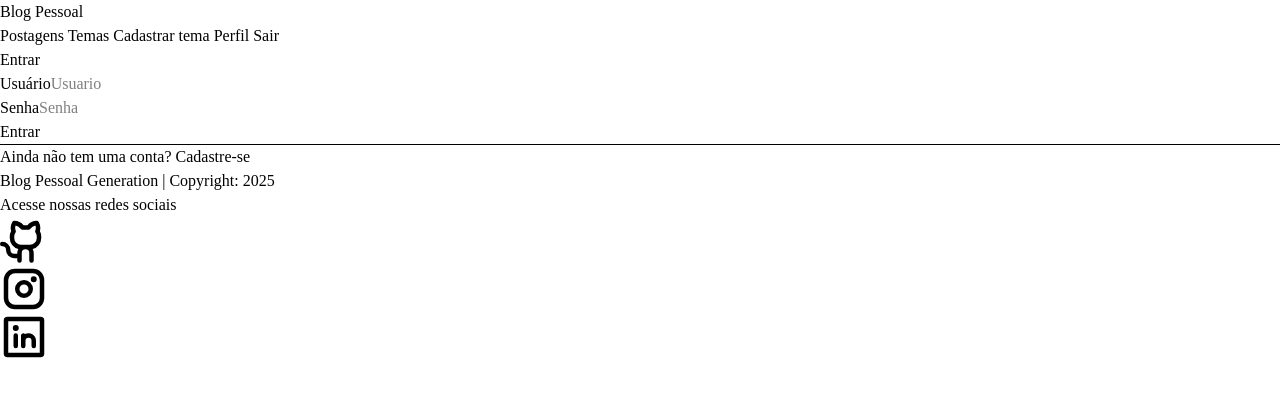
Repository: tauanesoares/blog
Page: /
These files come from the project's save history. The page is drawn as it stood at one moment and after a run of saves; the edit follows.
The browser window is 1280 px wide. The pictures show the whole page.
The project was rebuilt for these pictures with package versions that can differ from the ones it lists, and the page was loaded fresh each time. Also part of the build but not shown: vite.config.ts, src/pages/home/Home.tsx, src/pages/cadastro/Cadastro.tsx.

Above is the page before, as saved 2025-11-02 19:25:06.

### index.html
<!doctype html>
<html lang="pt-br">
  <head>
    <meta charset="UTF-8" />
    <link rel="icon" type="image/svg+xml" href="https://i.imgur.com/f4KMCRp.png" />
    <meta name="viewport" content="width=device-width, initial-scale=1.0" />
    <title>Projeto blogpessoal</title>
  </head>
  <body>
    <div id="root"></div>
    <script type="module" src="/src/main.tsx"></script>
  </body>
</html>

### src/App.tsx
import Home from "./pages/home/Home";
import Navbar from "./components/navbar/Navbar";
import Footer from "./components/footer/Footer";
import { BrowserRouter, Route, Routes } from "react-router-dom";
import Cadastro from "./pages/cadastro/Cadastro";
import Login from "./pages/login/Login";
import { AuthProvider } from "./contexts/AuthContext";

function App() {
  return (
    <>
    <AuthProvider>
    <BrowserRouter>
        <Navbar />
          <div className="min-h-[80vh]">
            <Routes>
              <Route path="/" element={<Login />} />
              <Route path="/home" element={<Home />} />
              <Route path="/cadastro" element={<Cadastro />} />
            </Routes>
          </div>
        <Footer />
    </BrowserRouter>
    </AuthProvider>
    </>
  );
}

export default App;

### src/components/navbar/Navbar.tsx
import {Link} from 'react-router-dom';

function Navbar() {


    return (
        <>
            <div className='w-full flex justify-center py-4
            			   bg-indigo-900 text-white'>

                <div className="container flex justify-between text-lg mx-8">
                    <Link to='/home' className="text-2xl font-bold">Blog Pessoal</Link>

                    <div className='flex gap-4'>
                        Postagens
                        Temas
                        Cadastrar tema
                        Perfil
                        Sair
                    </div>
                </div>
            </div>
        </>
    )
}

export default Navbar

### src/components/footer/Footer.tsx
import { InstagramLogoIcon, GithubLogoIcon, LinkedinLogoIcon } from "@phosphor-icons/react"


function Footer() {

    let data = new Date().getFullYear()

    return (
        <>
            <div className="flex justify-center bg-indigo-900 text-white">
                <div className="container flex flex-col items-center py-4">
                    <p className='text-xl font-bold'>
                            Blog Pessoal Generation | Copyright: {data}
                        </p>
                    <p className='text-lg'>Acesse nossas redes sociais</p>
                    <div className='flex gap-2'>
                        <a href="https://github.com/tauanesoares" target="_blank">
                            <GithubLogoIcon size={48} weight='bold' />
                        </a>
                         <a href="">
                            <InstagramLogoIcon size={48} weight='bold' />
                         </a>

                        <a href="">
                            <LinkedinLogoIcon size={48} weight='bold' />
                         </a>
                    </div>
                </div>
            </div>
        </>
    )
}

export default Footer

### src/pages/login/Login.tsx
import { Link, useNavigate } from "react-router-dom";
import { AuthContext } from "../../contexts/AuthContext";
import type UsuarioLogin from "../../models/UsuarioLogin";
import { useContext, useEffect, useState, type ChangeEvent, type FormEvent } from "react";
import { ClipLoader } from "react-spinners";

function Login() {
    const navigate = useNavigate();

  const {usuario, handleLogin, isLoading} = useContext(AuthContext)

  const [usuarioLogin, setUsuarioLogin] = useState<UsuarioLogin>({} as UsuarioLogin)

  useEffect(() => {
    if (usuario.token !== "") {
      navigate('/home')
    }
  }, [usuario])

  function atualizarEstado(e: ChangeEvent<HTMLInputElement>) {
    setUsuarioLogin({
      ...usuarioLogin,
      [e.target.name]: e.target.value
    })
  }

  function login(e: FormEvent<HTMLFormElement>) {
    e.preventDefault()
    handleLogin(usuarioLogin)
  }
    return (
        <>
            <div className="grid grid-cols-1 lg:grid-cols-2 h-screen place-items-center font-bold ">
                <form className="flex justify-center items-center flex-col w-1/2 gap-4"
                    onSubmit={login}>
                    <h2 className="text-slate-900 text-5xl ">Entrar</h2>
                    <div className="flex flex-col w-full">
                        <label htmlFor="usuario">Usuário</label>
                        <input
                            type="text"
                            id="usuario"
                            name="usuario"
                            placeholder="Usuario"
                            className="border-2 border-slate-700 rounded p-2"
                            value={usuarioLogin.usuario}
                            onChange={(e: ChangeEvent<HTMLInputElement>) => atualizarEstado(e)}
                        />
                    </div>
                    <div className="flex flex-col w-full">
                        <label htmlFor="senha">Senha</label>
                        <input
                            type="password"
                            id="senha"
                            name="senha"
                            placeholder="Senha"
                            className="border-2 border-slate-700 rounded p-2"
                            value={usuarioLogin.senha}
                            onChange={(e: ChangeEvent<HTMLInputElement>) => atualizarEstado(e)}
                        />
                    </div>
                    <button
                        type='submit'
                        className="rounded bg-indigo-400 flex justify-center
                                   hover:bg-indigo-900 text-white w-1/2 py-2">
                        {isLoading ?
                         <ClipLoader
                          color="#ffffff"
                           size={20}
                            /> :
                        <span>Entrar</span>
                        }
                    </button>

                    <hr className="border-slate-800 w-full" />

                   <p>
                        Ainda não tem uma conta?{' '}
                        <Link to="/cadastro" className="text-indigo-800 hover:underline">
                            Cadastre-se
                        </Link>
                    </p>
                </form>
                 <div className="bg-[url('https://i.imgur.com/ZZFAmzo.jpg')] lg:block hidden bg-no-repeat
                            w-full min-h-screen bg-cover bg-center"
                ></div>
            </div>
        </>
    );
}

export default Login;

### src/contexts/AuthContext.tsx
/* eslint-disable react-refresh/only-export-components */
import { createContext, useState, type ReactNode } from 'react';
import type UsuarioLogin from '../models/UsuarioLogin';
import { login } from '../services/Service';

// tipagem das funcionalidades que eu vou querer no meu contexto, essa é a ultima parte a ser preenchida, de acordo com o que eu precisar no projeto
interface AuthContextProps {
  usuario: UsuarioLogin;
  handleLogout(): void;
  handleLogin(usuario: UsuarioLogin): Promise<void>;
  isLoading: boolean;
}

// interface de tipagem padrão do context, esse cara sempre vai precisar estar aqui, desse jeito
interface AuthProviderProps {
  children: ReactNode;
}

// criação do contexto em si, é uma const que sempre vai receber o "createContext({} as AuthContextProps)"
export const AuthContext = createContext({} as AuthContextProps);

// criação da função de provedor do context, sempre vai receber o "({ children }: AuthProviderProps)"
export function AuthProvider({ children }: AuthProviderProps) {

  // criação do estado que vai armazenar os dados do usuário que vai fazer o login
  const [usuario, setUsuario] = useState<UsuarioLogin>({
    id: 0,
    nome: '',
    usuario: '',
    senha: '',
    foto: '',
    token: '',
  });

  // estado pra fazer o esqueminha de loading do botão
  const [isLoading, setIsLoading] = useState<boolean>(false);

  // função que envia os dados do usuario para o backend, e se tudo der certo, da msg de ok, senão, da msg de erro
  async function handleLogin(usuarioLogin: UsuarioLogin) {
    setIsLoading(true);

    try {
      await login('/usuarios/logar', usuarioLogin, setUsuario);
      alert('Logou...aeee');
    } catch (error) {
      alert('Deu ruim, confere e-mail e senha ai');
      console.log(error);
    }

    setIsLoading(false);
  }

  // função para deslogar o usuario, que simplesmente limpa todos os dados do estado, voltando ele pro estado original (sem token de acesso == não logado)
  function handleLogout() {
    setUsuario({
      id: 0,
      nome: '',
      usuario: '',
      senha: '',
      foto: '',
      token: '',
    });
  }

  return(
    <AuthContext.Provider value={{usuario, handleLogin, handleLogout, isLoading}}>
      {children}
    </AuthContext.Provider>
  )
}

### src/services/Service.ts
import axios from 'axios';

const api = axios.create({
    baseURL: 'https://blogpessoal-umwc.onrender.com'
});

export const cadastrarUsuario = async (url: string, dados: Object, setDados: Function) => {
    const resposta = await api.post(url, dados);
    setDados(resposta.data);
}

export const login = async (url: string, dados: Object, setDados: Function) => {
    const resposta = await api.post(url, dados);
    setDados(resposta.data);
}

Loaded but not shown: src/main.tsx (common file); src/index.css (common file)

After the next 3 saves:
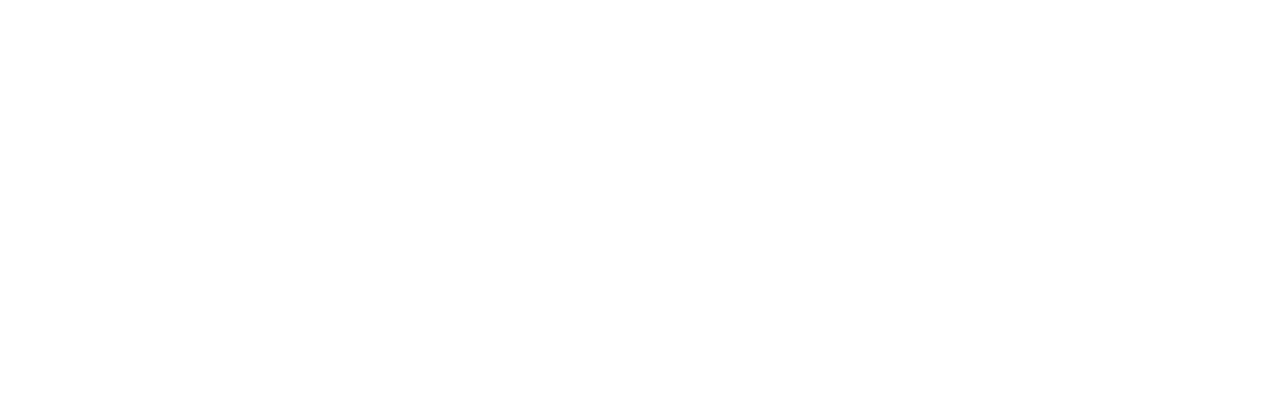
Console error: ReferenceError: useNavigate is not defined
The 3 saves are shown as one change because 1 did not build or start and some came seconds apart.
The last was saved 18 s later.
--- a/src/components/navbar/Navbar.tsx
+++ b/src/components/navbar/Navbar.tsx
@@ -2,6 +2,7 @@
 
 function Navbar() {
 
+    const navigate = useNavigate();
 
     return (
         <>

After the save that followed:
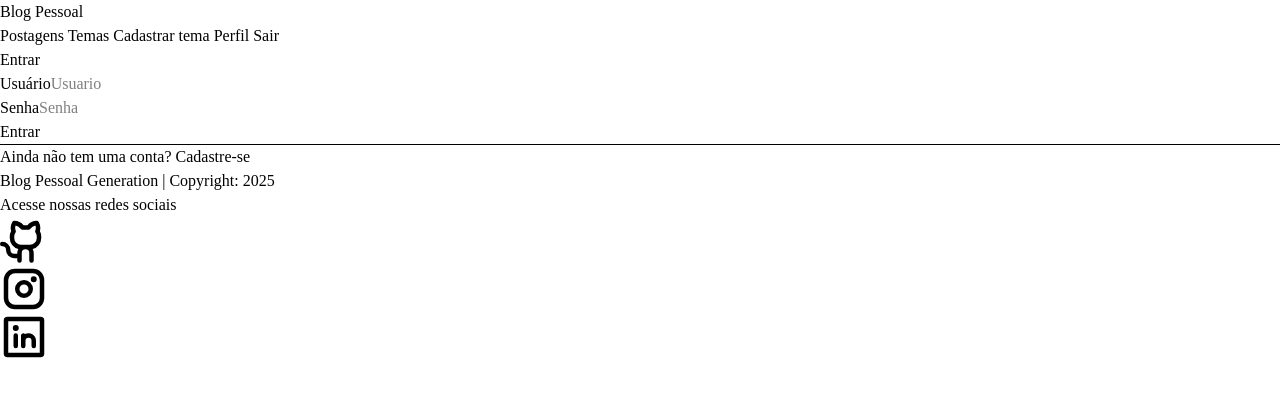
The error is gone.
Saved 4 s later.
--- a/src/components/navbar/Navbar.tsx
+++ b/src/components/navbar/Navbar.tsx
@@ -1,4 +1,4 @@
-import {Link} from 'react-router-dom';
+import {Link, useNavigate} from 'react-router-dom';
 
 function Navbar() {
 
